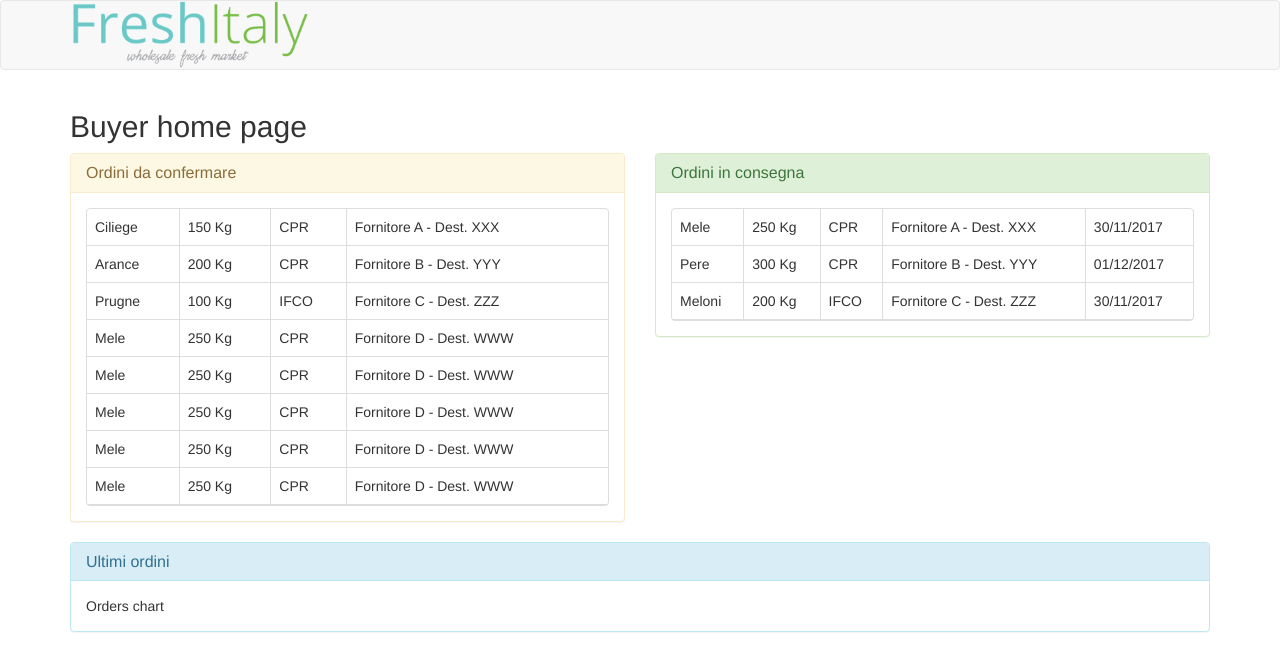
Repository: edikapllani/freshitaly
Page: http://localhost/buyer/home
The author's editor kept a copy of each file at every save. The page is drawn from the files as they stood at one save, then again after the next save.
The browser window is 1280 px wide. The pictures show the whole page.
The page is this project's Thymeleaf template; nobody is signed in. The template is opened directly, without the code that normally fills it, so the values that code supplies are empty.

Above is the page before, as saved 2017-11-28 16:32:50.

After the next save:
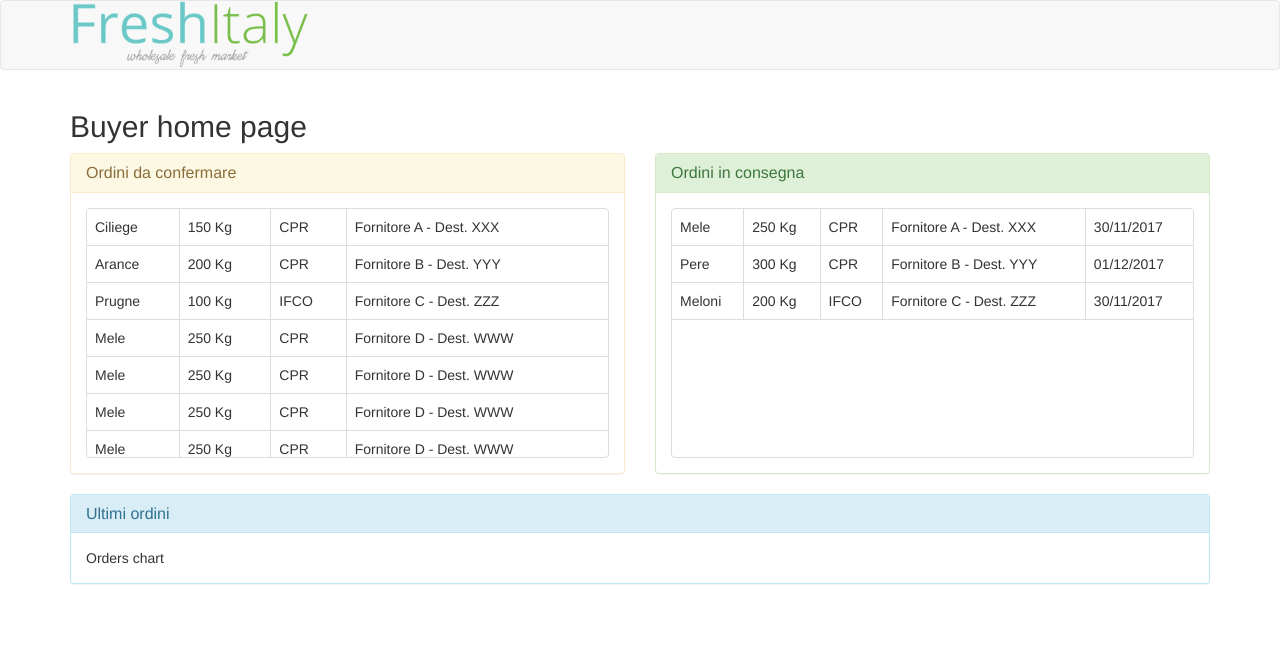
Saved 67 s later.
--- a/FreshItalyWeb/src/main/resources/templates/buyer/home.html
+++ b/FreshItalyWeb/src/main/resources/templates/buyer/home.html
@@ -33,9 +33,10 @@
 					</div>
 					<div class="panel-body">
 						<table id="toconfirmtable"
-				               data-locale="it-IT"
-				               data-toggle="table"
-				               data-show-header="false">
+							data-height="250"
+				            data-locale="it-IT"
+				            data-toggle="table"
+				            data-show-header="false">
 				            <thead>
 				                <th data-field="product">Prodotto</th>
 				                <th data-field="quantity">Quantita'</th>
@@ -53,15 +54,10 @@
 					</div>
 					<div class="panel-body">
 					        <table id="toshiptable"
-				               data-locale="it-IT"
-				               data-toggle="table"
-				               data-show-refresh="false"
-				               data-show-toggle="false"
-				               data-search="false"
-				               data-id-field="product"
-				               data-show-header="false"
-				               data-sortable="false"
-				               data-pagination="false">
+					        	data-height="250"
+				            	data-locale="it-IT"
+				            	data-toggle="table"
+				            	data-show-header="false">
 				            <thead>
 				                <th data-field="product">Prodotto</th>
 				                <th data-field="quantity">Quantita'</th>
